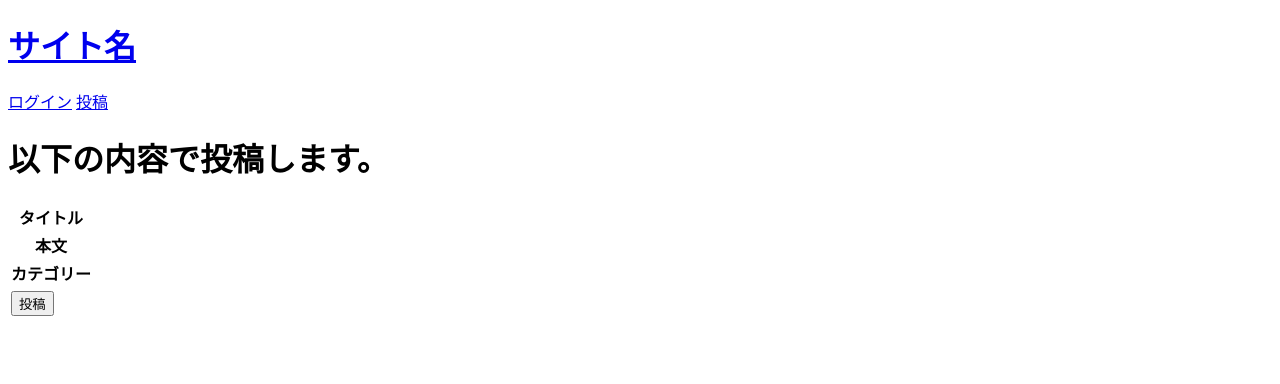
Repository: Take-01/frinob
Page: http://localhost/tktest/postConfirm.jsp
These files come from the project's save history. The page is drawn as it stood at one moment and after the next save; the edit follows.
The browser window is 1280 px wide. The pictures show the whole page.
The page is served by Tomcat 9.

Above is the page before, as saved 2019-05-29 04:22:53.

After the next save:
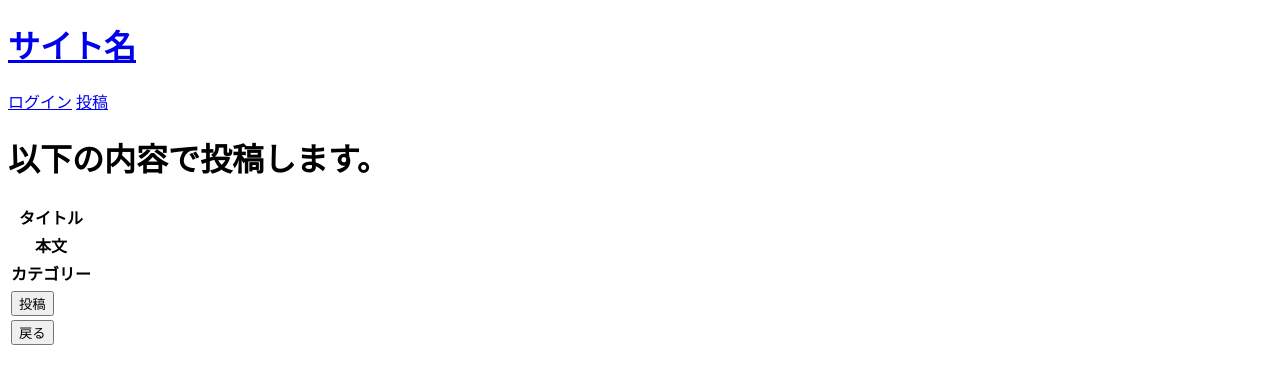
Saved 116 s later.
--- a/tktest/WebContent/postConfirm.jsp
+++ b/tktest/WebContent/postConfirm.jsp
@@ -7,6 +7,7 @@
 <head>
 	<meta charset="UTF-8">
 	<title>投稿確認</title>
+	<script type="text/javascript" src="js/tktest.js"></script>
 </head>
 
 <body>
@@ -29,9 +30,10 @@
 			</tr>
 		</table>
 
-		<s:form action="PostCompleteAction" method="post">
+		<s:form id="postForm" method="post">
 			<s:hidden name="userId" value="%{#session.userId}"/>
-			<s:submit value="投稿"/>
+			<s:submit value="投稿" onClick="goPostConfirmAction()"/>
+			<s:submit value="戻る" onClick="goPostAction()"/>
 		</s:form>
 	</div>
 </body>
